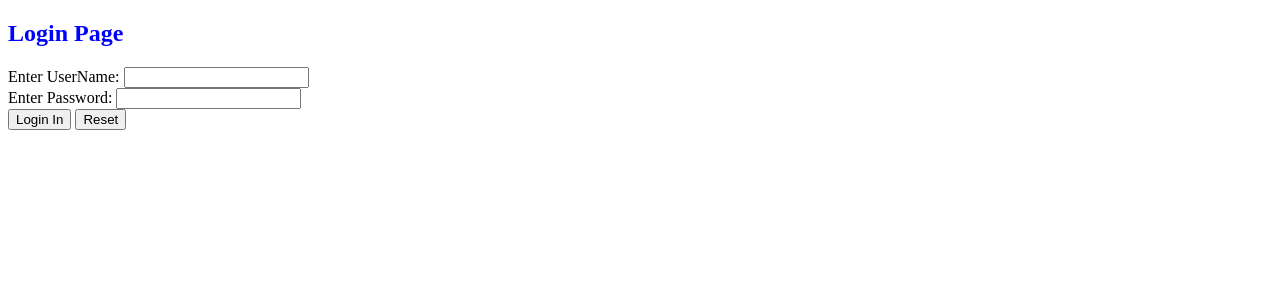
Repository: nikant20/Training
Page: javaee-web40/WebContent/index.html
An editor plug-in stored every save of this project. The page is shown before and after the next save, followed by the edit.
The browser window is 1280 px wide. The pictures show the whole page.

Above is the page before, as saved 2018-09-20 05:08:48.

After the next save:
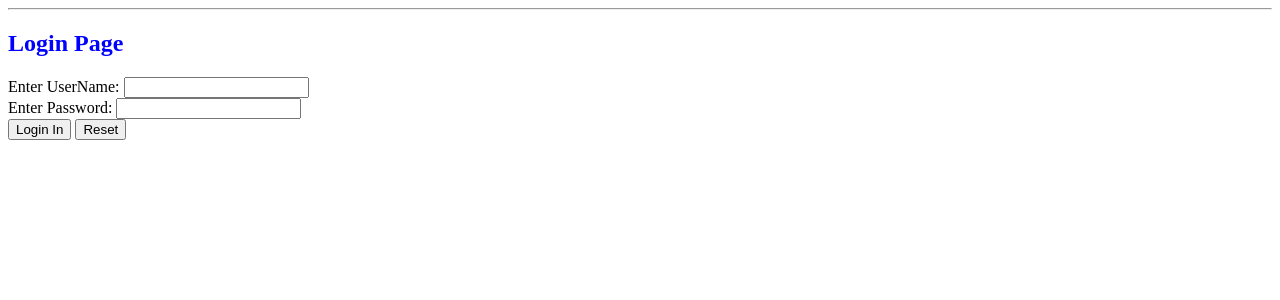
Saved 21 s later.
--- a/javaee-web40/WebContent/index.html
+++ b/javaee-web40/WebContent/index.html
@@ -5,7 +5,7 @@
 <title>Servlet Demo</title>
 </head>
 <body>
-	<a href="userinfo.html"></a>
+	<a href="userinfo.html"></a> <hr>
 	<h2 style="color:blue">Login Page</h2>
 	<form action="loginServlet" method="post">
 		<label>Enter UserName: </label><input type="text" name="user"><br>
